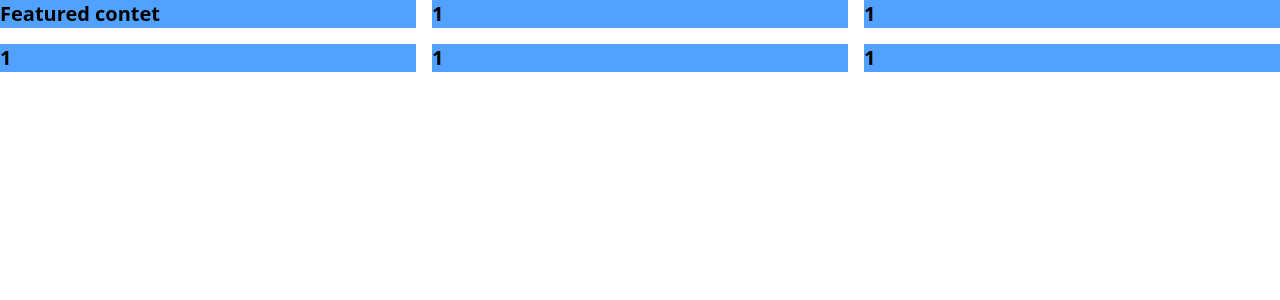
Repository: Abdulahi338/TailwindCss-exercise
Page: Exercise2/index.html
These files come from the project's save history. The page is drawn as it stood at one moment and after a run of saves; the edit follows.
The browser window is 1280 px wide. The pictures show the whole page.

Above is the page before, as saved 2025-07-27 11:07:47.

After the next 2 saves:
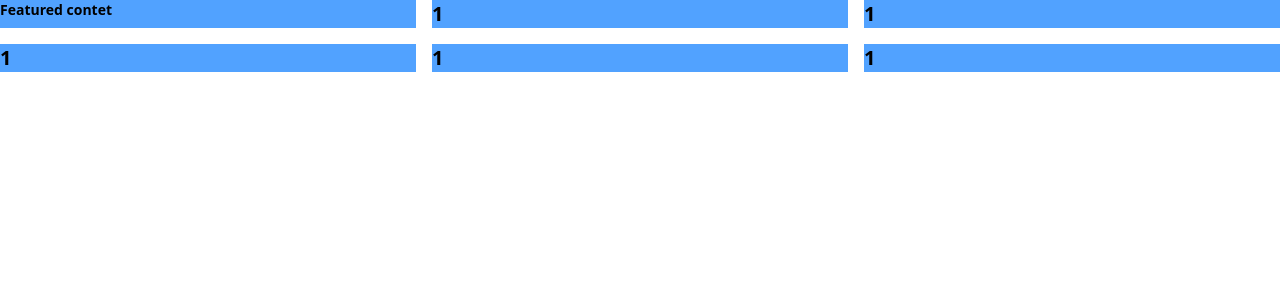
The 2 saves are shown as one change because they came seconds apart.
The last was saved 7 s later.
--- a/Exercise2/index.html
+++ b/Exercise2/index.html
@@ -11,7 +11,7 @@
 
     <div class="grid grid-cols-3 gap-4">
         <div class="text-xl font-semibold bg-blue-400">
-            <h1 class="font-se">Featured contet</h1>
+            <h1 class="font-semibold text-sm">Featured contet</h1>
         </div>
         <div class="text-xl font-semibold bg-blue-400">1</div>
         <div class="text-xl font-semibold bg-blue-400">1</div>
